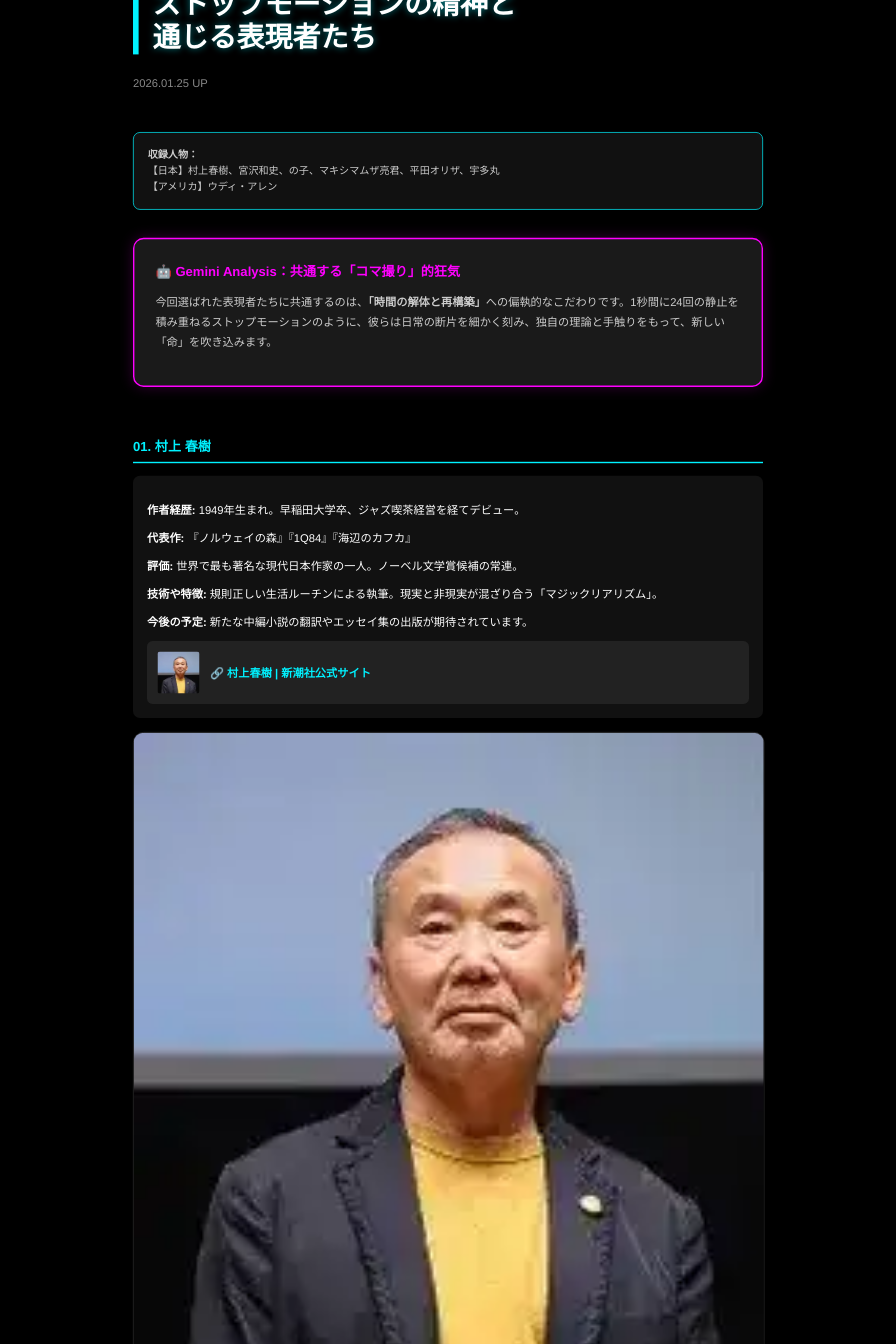
Repository: hamagoro/my-animation-site
Page: episodes/vol12.html
These files come from the project's save history. The page is drawn as it stood at one moment and after a run of saves; the edit follows.
The browser window is 1280 px wide. The pictures show the part of the page from y = 634 to 2554 px (the page is 12245 px tall), at 70% of full size.

Above is the page before, as saved 2026-02-01 08:06:57.

### episodes/vol12.html
<!DOCTYPE html>
<html lang="ja">
<head>
    <meta charset="UTF-8">
    <meta name="viewport" content="width=device-width, initial-scale=1.0">

    <meta property="og:title" content="vol.12 ストップモーションの精神と通じる表現者たち">
    <meta property="og:description" content="村上春樹から村田沙也加まで。物質を刻み、命を偽造する『職人』たちの共通点。">
    <meta property="og:type" content="article">
    <meta property="og:url" content="https://hamagoro.github.io/my-animation-site/episodes/vol12.html">
    <meta property="og:image" content="https://hamagoro.github.io/my-animation-site/images/vol12/main-visual.webp">
    <meta property="og:site_name" content="ストップモーションアニメ通信">
    <link rel="icon" href="../images/logo2.webp" type="image/webp">

    <title>vol.12 表現者たちのコマ撮り精神 - ストップモーションアニメ通信</title>
    <link rel="stylesheet" href="../style.css">
</head>
<body style="background-color: #000; color: #fff;">

    <header class="main-header">
        <img src="../images/logo.webp" alt="The Animeda! Project" class="header-logo">
        <h1 class="header-title">ストップモーションアニメ通信</h1>
        <p class="header-subtitle">物質と魂が交差する、1fpsのアーカイブ</p>
    </header>

    <nav style="padding: 10px; display: flex; justify-content: space-between; font-weight: bold; max-width: 900px; margin: 0 auto; border-bottom: 1px solid #333; font-size: 0.8rem;">
        <a href="../index.html" style="color: #00f2ff; text-decoration: none;">← BACK TO INDEX</a>
        <div>
            <a href="vol11.html" style="color: #ff00ff; text-decoration: none; margin-right: 10px; white-space: nowrap;">← 前のVol.11へ</a>
            <a href="vol13.html" style="color: #ff00ff; text-decoration: none; white-space: nowrap;">次のVol.13へ →</a>
        </div>
    </nav>

    <article class="episode-container" style="max-width: 900px; margin: 0 auto; padding: 40px; text-align: left;">

        <header class="episode-header" style="margin-bottom: 60px;">
            <p style="color: #ff00ff; margin-bottom: 5px; font-weight: bold;">Vol.12 / The Creators' Spirit Special</p>
            <h2 style="font-size: 2.5rem; border-left: 8px solid #00f2ff; padding-left: 20px; line-height: 1.2; text-shadow: 0 0 10px rgba(0,242,255,0.5);">
                ストップモーションの精神と<br>通じる表現者たち
            </h2>
            <p class="date" style="margin-top: 15px; color: #888;">2026.01.25 UP</p>
        </header>

    <div style="margin-bottom: 40px; padding: 20px; background: #111; border-radius: 10px; font-size: 0.9rem; color: #ccc; line-height: 1.6; border: 1px solid #00f2ff;">
        <p style="margin: 0;"><strong>収録人物：</strong><br>
        【日本】村上春樹、宮沢和史、の子、マキシマムザ亮君、平田オリザ、宇多丸<br>
        【アメリカ】ウディ・アレン</p>
    </div>

        <section class="top-link-area" style="margin-bottom: 70px; padding: 30px; background: #1a1a1a; border-radius: 15px; border: 2px solid #ff00ff; box-shadow: 0 0 20px rgba(255, 0, 255, 0.2);">
            <h3 style="color: #ff00ff; margin-top: 0;">🤖 Gemini Analysis：共通する「コマ撮り」的狂気</h3>
            <p style="line-height: 1.8; color: #ccc;">
                今回選ばれた表現者たちに共通するのは、<strong>「時間の解体と再構築」</strong>への偏執的なこだわりです。1秒間に24回の静止を積み重ねるストップモーションのように、彼らは日常の断片を細かく刻み、独自の理論と手触りをもって、新しい「命」を吹き込みます。
            </p>
        </section>

        <section style="margin-bottom: 80px;">
            <h3 style="color: #00f2ff; border-bottom: 2px solid #00f2ff; padding-bottom: 10px;">01. 村上 春樹</h3>
            <div style="background: #111; padding: 20px; border-radius: 10px; margin-bottom: 20px;">
                <p><strong>作者経歴:</strong> 1949年生まれ。早稲田大学卒、ジャズ喫茶経営を経てデビュー。</p>
                <p><strong>代表作:</strong> 『ノルウェイの森』『1Q84』『海辺のカフカ』</p>
                <p><strong>評価:</strong> 世界で最も著名な現代日本作家の一人。ノーベル文学賞候補の常連。</p>
                <p><strong>技術や特徴:</strong> 規則正しい生活ルーチンによる執筆。現実と非現実が混ざり合う「マジックリアリズム」。</p>
                <p><strong>今後の予定:</strong> 新たな中編小説の翻訳やエッセイ集の出版が期待されています。</p>
                <a href="https://www.shinchosha.co.jp/harukimurakami/" target="_blank" style="display: flex; align-items: center; gap: 15px; text-decoration: none; background: #222; padding: 15px; border-radius: 8px; margin-top: 15px;">
                    <img src="../images/vol12/murakami.webp" alt="thumb" style="width: 60px; height: 60px; object-fit: cover; border-radius: 4px;">
                    <span style="color: #00f2ff; font-weight: bold;">🔗 村上春樹 | 新潮社公式サイト</span>
                </a>
            </div>
            <div style="text-align: center;">
                <a href="https://www.shinchosha.co.jp/harukimurakami/" target="_blank">
                    <img src="../images/vol12/murakami.webp" alt="Haruki Murakami" style="width: 100%; border-radius: 15px; border: 1px solid #333;">
                </a>
                <p style="font-size: 0.9rem; color: #ff00ff; margin-top: 10px;">▲ 毎日数秒分のコマを積み上げるアニメーターのように、4時起きの執筆を貫く。</p>
            </div>
        </section>

        <section style="margin-bottom: 80px;">
            <h3 style="color: #ff00ff; border-bottom: 2px solid #ff00ff; padding-bottom: 10px;">02. 宮沢 和史</h3>
            <div style="background: #111; padding: 20px; border-radius: 10px; margin-bottom: 20px;">
                <p><strong>作者経歴:</strong> 1966年生まれ。THE BOOMのボーカリストとしてデビュー。</p>
                <p><strong>代表作:</strong> 『島唄』『風になりたい』</p>
                <p><strong>評価:</strong> 日本のロックに民族音楽を融合させた先駆者。探求者としての高い評価。</p>
                <p><strong>技術や特徴:</strong> 土地の音をサンプリングして再構成する、フィールドワーク的な制作スタイル。</p>
                <p><strong>今後の予定:</strong> 2026年はデビュー37周年。平和をテーマにしたコンサートを継続中。</p>
                <a href="https://www.miyazawa-kazufumi.jp/" target="_blank" style="display: flex; align-items: center; gap: 15px; text-decoration: none; background: #222; padding: 15px; border-radius: 8px; margin-top: 15px;">
                    <img src="../images/vol12/miyazawa.webp" alt="thumb" style="width: 60px; height: 60px; object-fit: cover; border-radius: 4px;">
                    <span style="color: #00f2ff; font-weight: bold;">🔗 宮沢和史オフィシャルウェブサイト</span>
                </a>
            </div>
            <div style="text-align: center;">
                <a href="https://www.miyazawa-kazufumi.jp/" target="_blank">
                    <img src="../images/vol12/miyazawa.webp" alt="Kazufumi Miyazawa" style="width: 100%; border-radius: 15px; border: 1px solid #333;">
                </a>
                <p style="font-size: 0.9rem; color: #00f2ff; margin-top: 10px;">▲ 伝統的な「素材」に、新しいリズムという「動き」を宿らせる職人。</p>
            </div>
        </section>

        <section style="margin-bottom: 80px;">
            <h3 style="color: #00f2ff; border-bottom: 2px solid #00f2ff; padding-bottom: 10px;">03. ウディ・アレン</h3>
            <div style="background: #111; padding: 20px; border-radius: 10px; margin-bottom: 20px;">
                <p><strong>作者経歴:</strong> 1935年生まれ。コメディライターを経て映画監督へ。</p>
                <p><strong>代表作:</strong> 『アニー・ホール』『ミッドナイト・イン・パリ』</p>
                <p><strong>評価:</strong> 知的なユーモアと神経症的なキャラクター描写の巨匠。</p>
                <p><strong>技術や特徴:</strong> 毎年1本映画を撮り続ける多作さ。アナログな質感へのこだわり。</p>
                <p><strong>今後の予定:</strong> 引退説を否定しつつ、欧州での新作製作を模索中。</p>
                <a href="https://www.woodyallen.com/" target="_blank" style="display: flex; align-items: center; gap: 15px; text-decoration: none; background: #222; padding: 15px; border-radius: 8px; margin-top: 15px;">
                    <img src="../images/vol12/woody.webp" alt="thumb" style="width: 60px; height: 60px; object-fit: cover; border-radius: 4px;">
                    <span style="color: #00f2ff; font-weight: bold;">🔗 Woody Allen Official Website</span>
                </a>
            </div>
            <div style="text-align: center;">
                <a href="https://www.woodyallen.com/" target="_blank">
                    <img src="../images/vol12/woody.webp" alt="Woody Allen" style="width: 100%; border-radius: 15px; border: 1px solid #333;">
                </a>
                <p style="font-size: 0.9rem; color: #ff00ff; margin-top: 10px;">▲ 街の風景を自身の妄想で「実写」として再構築する、ストップモーション的な統治力。</p>
            </div>
        </section>

        <section style="margin-bottom: 80px;">
            <h3 style="color: #ff00ff; border-bottom: 2px solid #ff00ff; padding-bottom: 10px;">04. の子</h3>
            <div style="background: #111; padding: 20px; border-radius: 10px; margin-bottom: 20px;">
                <p><strong>作者経歴:</strong> 千葉県出身。ニコニコ動画等でカルト的な人気を博し、2008年結成。</p>
                <p><strong>代表作:</strong> 『ロックンロールは鳴り止まないっ』『僕の戦争』</p>
                <p><strong>評価:</strong> ネット世代のカリスマ。衝動と繊細さが共存する表現力。</p>
                <p><strong>技術や特徴:</strong> 宅録と自作PVによるDIY精神。ノイズの美学。</p>
                <p><strong>今後の予定:</strong> ライブ配信を軸とした神出鬼没な活動を展開予定。</p>
                <div style="display: flex; flex-direction: column; gap: 10px; margin-top: 15px;">
                    <a href="https://shinseikamattechan.jp/" target="_blank" style="display: flex; align-items: center; gap: 15px; text-decoration: none; background: #222; padding: 15px; border-radius: 8px;">
                        <img src="../images/vol12/noko.webp" alt="thumb" style="width: 60px; height: 60px; object-fit: cover; border-radius: 4px;">
                        <span style="color: #00f2ff; font-weight: bold;">🔗 神聖かまってちゃん オフィシャルサイト</span>
                    </a>
                    <a href="https://www.youtube.com/@shinseikamattechan" target="_blank" style="display: flex; align-items: center; gap: 15px; text-decoration: none; background: #222; padding: 15px; border-radius: 8px;">
                        <img src="../images/vol12/noko.webp" alt="thumb" style="width: 60px; height: 60px; object-fit: cover; border-radius: 4px;">
                        <span style="color: #00f2ff; font-weight: bold;">🔗 神聖かまってちゃん | YouTube Official</span>
                    </a>
                    <a href="https://www.youtube.com/playlist?list=PLWgVECs_eNA6Zj9bQaFwRxPMbpbWAleFs" target="_blank" style="display: flex; align-items: center; gap: 15px; text-decoration: none; background: #222; padding: 15px; border-radius: 8px;">
                        <img src="../images/vol12/noko.webp" alt="thumb" style="width: 60px; height: 60px; object-fit: cover; border-radius: 4px;">
                        <span style="color: #00f2ff; font-weight: bold;">🔗 YouTubeプレイリスト：ライブ映像集</span>
                    </a>
                    <a href="https://www.youtube.com/playlist?list=PLWgVECs_eNA53GV0CV9d9uzcqQiW4m1GX" target="_blank" style="display: flex; align-items: center; gap: 15px; text-decoration: none; background: #222; padding: 15px; border-radius: 8px;">
                        <img src="../images/vol12/noko.webp" alt="thumb" style="width: 60px; height: 60px; object-fit: cover; border-radius: 4px;">
                        <span style="color: #00f2ff; font-weight: bold;">🔗 YouTubeプレイリスト：Music Videos</span>
                    </a>
                </div>
            </div>
            <div style="text-align: center;">
                <a href="https://shinseikamattechan.jp/" target="_blank">
                    <img src="../images/vol12/noko.webp" alt="Noko" style="width: 100%; border-radius: 15px; border: 1px solid #333;">
                </a>
                <p style="font-size: 0.9rem; color: #00f2ff; margin-top: 10px;">▲ 部屋にあるものすべてを「具材」にするDIY精神。ガラクタに命を吹き込む行為。</p>
            </div>
        </section>

        <section style="margin-bottom: 80px;">
            <h3 style="color: #00f2ff; border-bottom: 2px solid #00f2ff; padding-bottom: 10px;">05. マキシマムザ亮君</h3>
            <div style="background: #111; padding: 20px; border-radius: 10px; margin-bottom: 20px;">
                <p><strong>作者経歴:</strong> マキシマム ザ ホルモンの全ての楽曲を手掛ける司令塔。</p>
                <p><strong>代表作:</strong> 『恋のメガラバ』『予襲復讐』</p>
                <p><strong>評価:</strong> 徹底したセルフプロデュース力と、複雑な仕掛けを持つ楽曲構成。</p>
                <p><strong>技術や特徴:</strong> 歌詞カードの注釈まで含めたトータルアート。音と視覚の完全同期。</p>
                <p><strong>今後の予定:</strong> 2026年、新曲と共に新たな「体験型」企画を準備中。</p>
                <div style="display: flex; flex-direction: column; gap: 10px; margin-top: 15px;">
                    <a href="https://www.55mth.com/" target="_blank" style="display: flex; align-items: center; gap: 15px; text-decoration: none; background: #222; padding: 15px; border-radius: 8px;">
                        <img src="../images/vol12/ryokun.webp" alt="thumb" style="width: 60px; height: 60px; object-fit: cover; border-radius: 4px;">
                        <span style="color: #00f2ff; font-weight: bold;">🔗 マキシマム ザ ホルモン Official Site</span>
                    </a>
                    <a href="https://www.youtube.com/@MTHOFFICIAL" target="_blank" style="display: flex; align-items: center; gap: 15px; text-decoration: none; background: #222; padding: 15px; border-radius: 8px;">
                        <img src="../images/vol12/ryokun.webp" alt="thumb" style="width: 60px; height: 60px; object-fit: cover; border-radius: 4px;">
                        <span style="color: #00f2ff; font-weight: bold;">🔗 マキシマム ザ ホルモン | YouTube Official</span>
                    </a>
                </div>
            </div>
            <div style="text-align: center;">
                <a href="https://www.55mth.com/" target="_blank">
                    <img src="../images/vol12/ryokun.webp" alt="Maximum the Ryo-kun" style="width: 100%; border-radius: 15px; border: 1px solid #333;">
                </a>
                <p style="font-size: 0.9rem; color: #ff00ff; margin-top: 10px;">▲ 全てのコマに隠し味を仕込むような執念。彼の脳内は常にコマ撮り状態。</p>
            </div>
        </section>

        <section style="margin-bottom: 80px;">
            <h3 style="color: #ff00ff; border-bottom: 2px solid #ff00ff; padding-bottom: 10px;">06. 平田 オリザ</h3>
            <div style="background: #111; padding: 20px; border-radius: 10px; margin-bottom: 20px;">
                <p><strong>作者経歴:</strong> 1962年生まれ。劇団「青年団」主宰。</p>
                <p><strong>代表作:</strong> 『東京ノート』『さよならだけが人生か』</p>
                <p><strong>評価:</strong> 「現代口語演劇理論」を確立。日本演劇界の構造を書き換えた。</p>
                <p><strong>技術や特徴:</strong> 微細な「間」や「言い淀み」を楽譜のように指示する緻密な演出。</p>
                <p><strong>今後の予定:</strong> 豊岡市（兵庫県）を拠点とした教育・芸術活動を加速。</p>
                <a href="http://www.seinendan.org/" target="_blank" style="display: flex; align-items: center; gap: 15px; text-decoration: none; background: #222; padding: 15px; border-radius: 8px; margin-top: 15px;">
                    <img src="../images/vol12/oriza.webp" alt="thumb" style="width: 60px; height: 60px; object-fit: cover; border-radius: 4px;">
                    <span style="color: #00f2ff; font-weight: bold;">🔗 青年団公式ホームページ</span>
                </a>
            </div>
            <div style="text-align: center;">
                <a href="http://www.seinendan.org/" target="_blank">
                    <img src="../images/vol12/oriza.webp" alt="Oriza Hirata" style="width: 100%; border-radius: 15px; border: 1px solid #333;">
                </a>
                <p style="font-size: 0.9rem; color: #00f2ff; margin-top: 10px;">▲ 「0.1秒の間」を調整する演出は、ストップモーションのタイミング調整そのもの。</p>
            </div>
        </section>

        <section style="margin-bottom: 80px;">
            <h3 style="color: #00f2ff; border-bottom: 2px solid #00f2ff; padding-bottom: 10px;">07. 宇多丸</h3>
            <div style="background: #111; padding: 20px; border-radius: 10px; margin-bottom: 20px;">
                <p><strong>作者経歴:</strong> 1969年生まれ。RHYMESTERのラッパーであり、映画評論家。</p>
                <p><strong>代表作:</strong> 『B-BOYイズム』、ラジオ番組『アフター6ジャンクション 2』</p>
                <p><strong>評価:</strong> ポップカルチャーへの深い洞察と、構造的な批評眼による信頼感。</p>
                <p><strong>技術や特徴:</strong> 歴史的文脈を重んじ、それを現代のスキルで構築するアーカイブ能力。</p>
                <p><strong>今後の予定:</strong> ラジオと音楽を通じ、文化を「コマ送り」で分析し続けます。</p>
                <a href="https://www.rhymester.jp/" target="_blank" style="display: flex; align-items: center; gap: 15px; text-decoration: none; background: #222; padding: 15px; border-radius: 8px; margin-top: 15px;">
                    <img src="../images/vol12/utamaru.webp" alt="thumb" style="width: 60px; height: 60px; object-fit: cover; border-radius: 4px;">
                    <span style="color: #00f2ff; font-weight: bold;">🔗 RHYMESTER Official Site</span>
                </a>
            </div>
            <div style="text-align: center;">
                <a href="https://www.rhymester.jp/" target="_blank">
                    <img src="../images/vol12/utamaru.webp" alt="Utamaru" style="width: 100%; border-radius: 15px; border: 1px solid #333;">
                </a>
                <p style="font-size: 0.9rem; color: #ff00ff; margin-top: 10px;">▲ 1カットを徹底的に分解するその視点は、静止画の連続性を愛する者の眼差し。</p>
            </div>
        </section>

        <section style="margin: 60px 0; padding: 30px; background: #1a1a1a; border-radius: 20px; border: 1px dashed #00f2ff;">
            <h4 style="margin: 0; color: #00f2ff; font-size: 1.4rem;">🔍 Animeda! 視点：静止画の集積が「意志」になる</h4>
            <p style="font-size: 1rem; margin-top: 15px; line-height: 2; color: #ccc;">
                ストップモーションは、1コマ（静止）という「死」を繋ぎ合わせて「生」を作る作業。村上春樹のルーチン、宇多丸の批評、亮君の注釈……それらもまた、膨大な「静止した思考」の集積です。AIが滑らかに正解を導き出す時代だからこそ、この職人的な「カクつき」と「執念」に、私たちは人間らしさを感じるのかもしれません。
            </p>
        </section>

    </article>

    <nav style="padding: 40px 10px; display: flex; justify-content: space-between; font-weight: bold; max-width: 900px; margin: 0 auto; border-top: 1px solid #333; font-size: 0.8rem;">
        <a href="../index.html" style="color: #00f2ff; text-decoration: none;">← BACK TO INDEX</a>
        <div>
            <a href="vol11.html" style="color: #ff00ff; text-decoration: none; margin-right: 10px; white-space: nowrap;">← 前のVol.11へ</a>
            <a href="vol13.html" style="color: #ff00ff; text-decoration: none; white-space: nowrap;">次のVol.13へ →</a>
        </div>
    </nav>

    <footer class="main-footer" style="padding: 80px 20px; text-align: center; border-top: 4px solid #ff00ff; background: #000;">
        <img src="../images/logo.webp" alt="Logo" class="footer-logo" style="max-width: 180px; margin-bottom: 20px;">
        <p class="footer-credit" style="color: #00f2ff; font-weight: 900;">© 2026 The Animeda! Project</p>
    </footer>

</body>
</html>

Loaded but not shown: style.css (70 lines, source omitted)

After the next 2 saves:
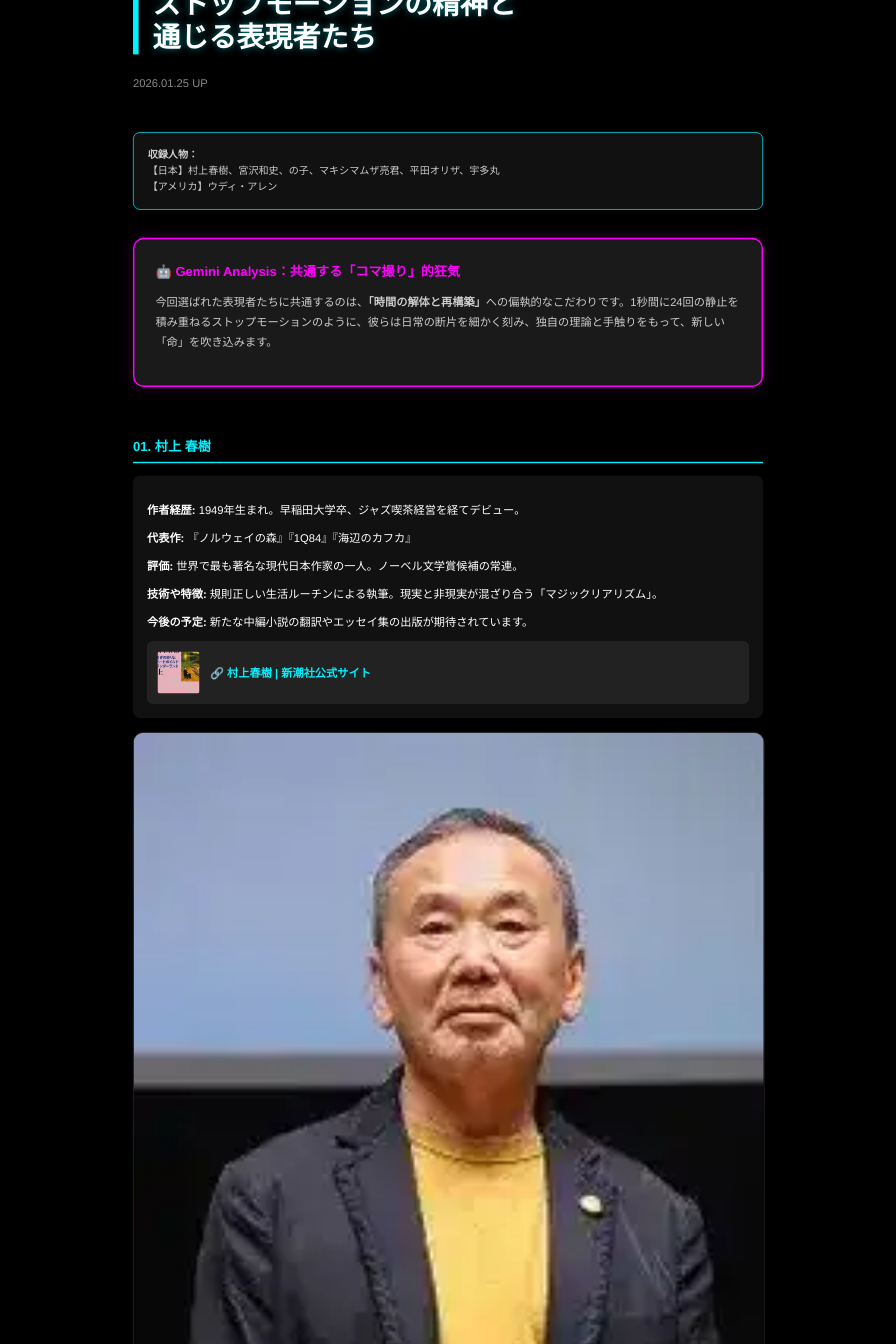
The 2 saves are shown as one change because they came seconds apart.
The last was saved 6 min 33 s later.
--- a/episodes/vol12.html
+++ b/episodes/vol12.html
@@ -63,7 +63,7 @@
                 <p><strong>技術や特徴:</strong> 規則正しい生活ルーチンによる執筆。現実と非現実が混ざり合う「マジックリアリズム」。</p>
                 <p><strong>今後の予定:</strong> 新たな中編小説の翻訳やエッセイ集の出版が期待されています。</p>
                 <a href="https://www.shinchosha.co.jp/harukimurakami/" target="_blank" style="display: flex; align-items: center; gap: 15px; text-decoration: none; background: #222; padding: 15px; border-radius: 8px; margin-top: 15px;">
-                    <img src="../images/vol12/murakami.webp" alt="thumb" style="width: 60px; height: 60px; object-fit: cover; border-radius: 4px;">
+                    <img src="../images/vol12/murakami1.webp" alt="thumb" style="width: 60px; height: 60px; object-fit: cover; border-radius: 4px;">
                     <span style="color: #00f2ff; font-weight: bold;">🔗 村上春樹 | 新潮社公式サイト</span>
                 </a>
             </div>

After the 2 saves that followed:
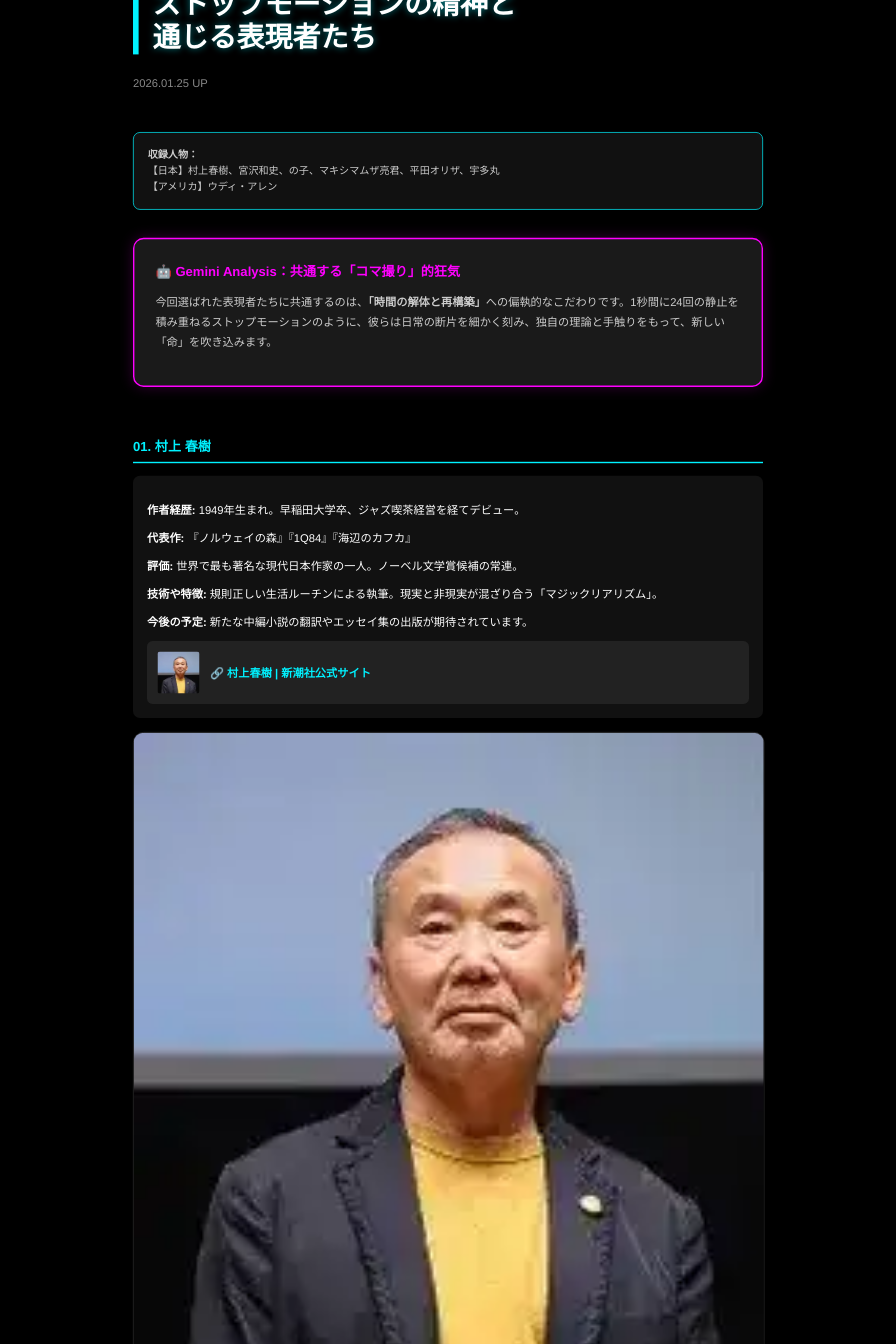
The 2 saves are shown as one change because 1 left the picture as it was.
The last was saved 4 min 16 s later.
--- a/episodes/vol12.html
+++ b/episodes/vol12.html
@@ -63,7 +63,7 @@
                 <p><strong>技術や特徴:</strong> 規則正しい生活ルーチンによる執筆。現実と非現実が混ざり合う「マジックリアリズム」。</p>
                 <p><strong>今後の予定:</strong> 新たな中編小説の翻訳やエッセイ集の出版が期待されています。</p>
                 <a href="https://www.shinchosha.co.jp/harukimurakami/" target="_blank" style="display: flex; align-items: center; gap: 15px; text-decoration: none; background: #222; padding: 15px; border-radius: 8px; margin-top: 15px;">
-                    <img src="../images/vol12/murakami1.webp" alt="thumb" style="width: 60px; height: 60px; object-fit: cover; border-radius: 4px;">
+                    <img src="../images/vol12/murakami.webp" alt="thumb" style="width: 60px; height: 60px; object-fit: cover; border-radius: 4px;">
                     <span style="color: #00f2ff; font-weight: bold;">🔗 村上春樹 | 新潮社公式サイト</span>
                 </a>
             </div>
